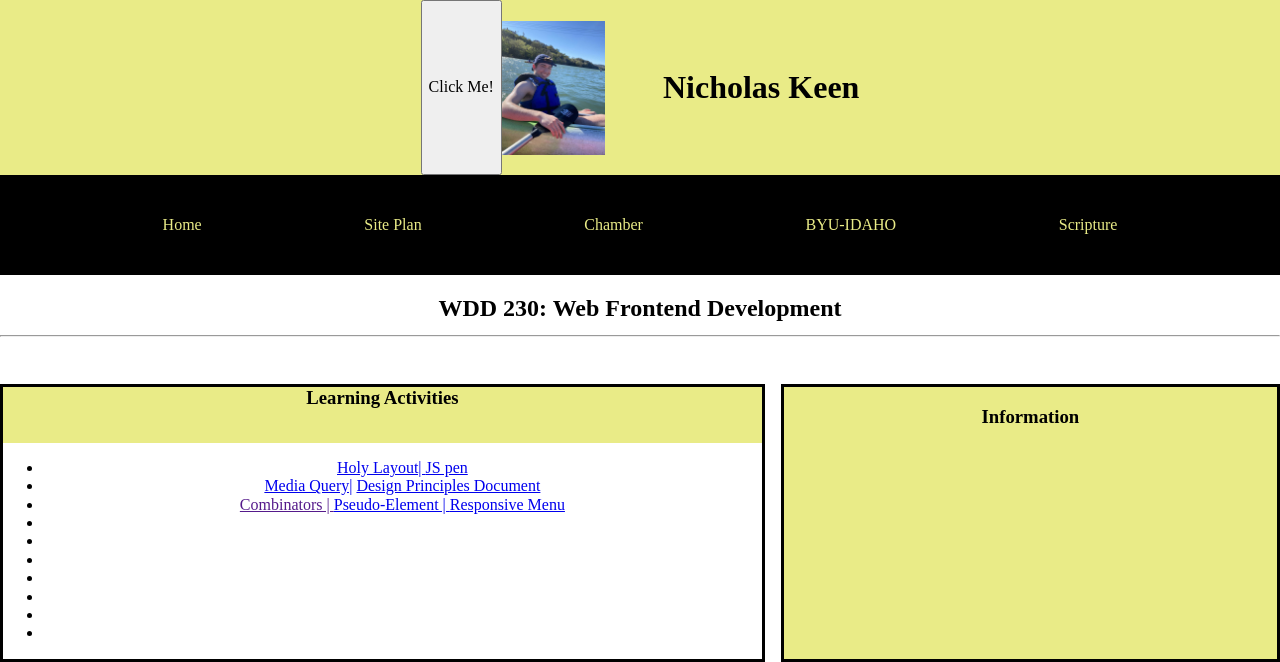
Repository: nak97/WDD230
Page: index.html
The author's editor kept a copy of each file at every save. The page is drawn from the files as they stood at one save, then again after the next save.
The browser window is 1280 px wide. The pictures show the part of the page from y = 0 to 662 px (the page is 1250 px tall).
Pictures or frames that could not be fetched are drawn as grey boxes. Some icons come from a web library that is not loaded, so they are not drawn. Some web libraries are served in a nearby version.

Above is the page before, as saved 2023-09-28 16:35:10.
Console error: TypeError: Cannot read properties of null (reading 'addEventListener')

After the next save:
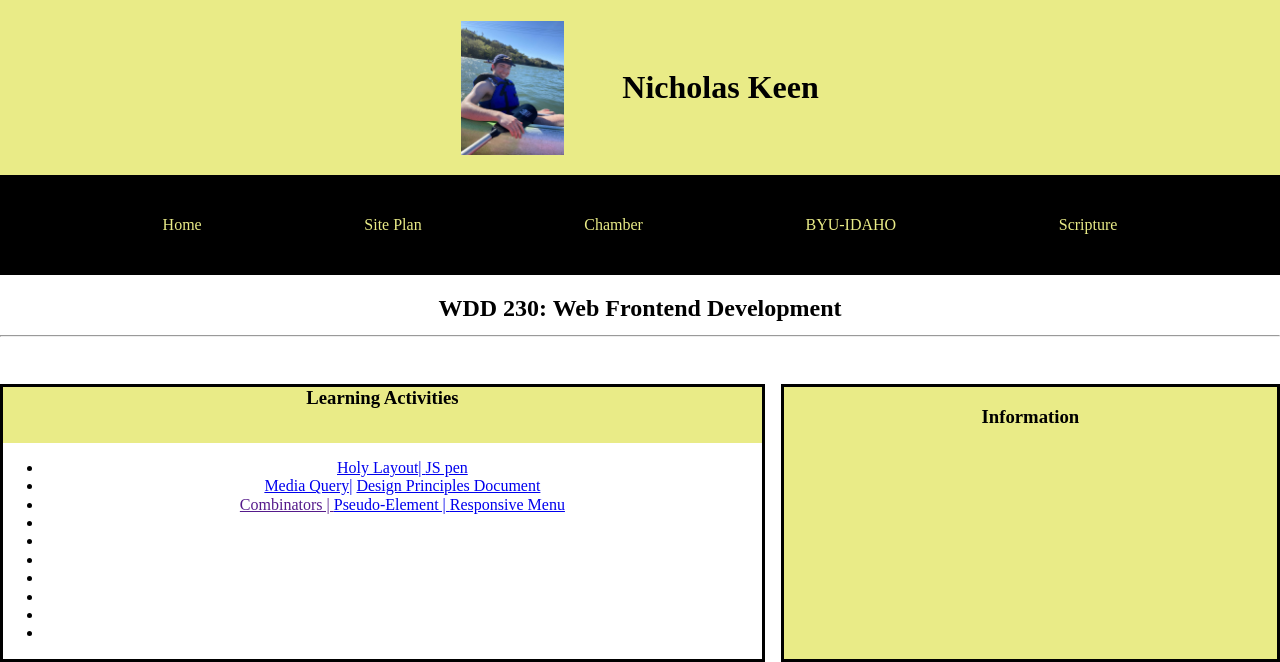
Saved 44 s later.
--- a/styles/base.css
+++ b/styles/base.css
@@ -3,6 +3,9 @@ body{
   text-decoration: none;
 }
 
+button {
+  display: none;
+}
 header {
   display: flex;
     justify-content: center;
